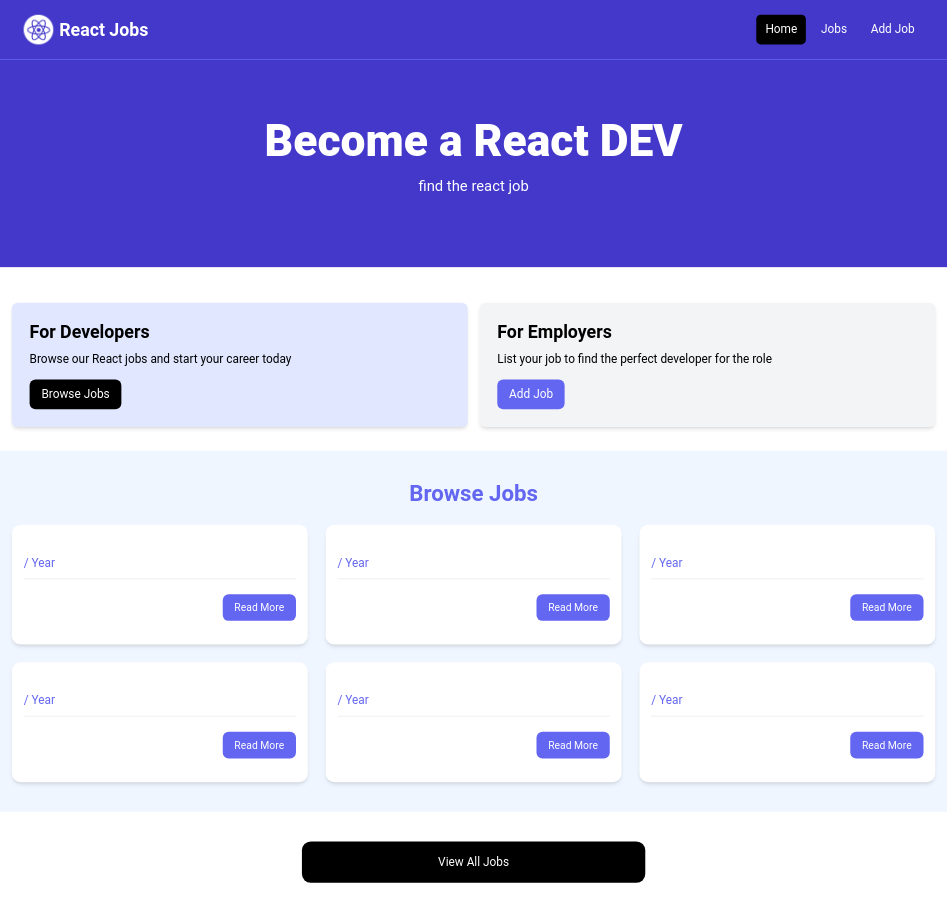
Repository: Geohot-2020/React_setup
Page: / (app in react-crash-2024/)
These files come from the project's save history. The page is drawn as it stood at one moment and after the next save; the edit follows.
The browser window is 1280 px wide. The pictures show the whole page, at 74% of full size.
The project was rebuilt for these pictures with package versions that can differ from the ones it lists, and the page was loaded fresh each time. Also part of the build but not shown: react-crash-2024/vite.config.js.

Above is the page before, as saved 2024-11-13 16:17:12.

After the next save:
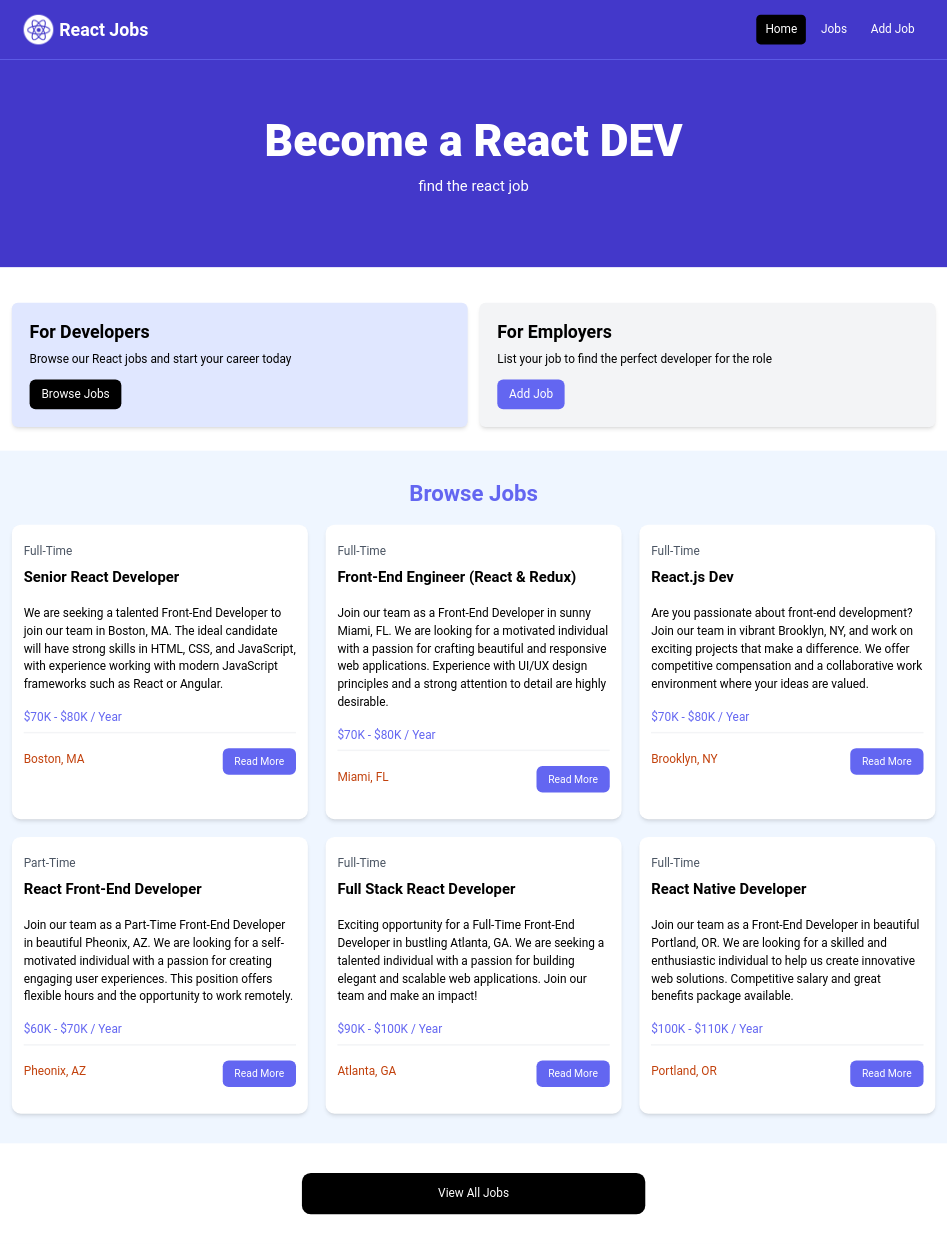
Saved 80 s later.
--- a/react-crash-2024/src/components/JobListing.jsx
+++ b/react-crash-2024/src/components/JobListing.jsx
@@ -1,6 +1,6 @@
 import React from 'react'
 
-const JobListing = (job) => {
+const JobListing = ({job}) => {
     return (
         <div className="bg-white rounded-xl shadow-md relative">
             <div className="p-4">
